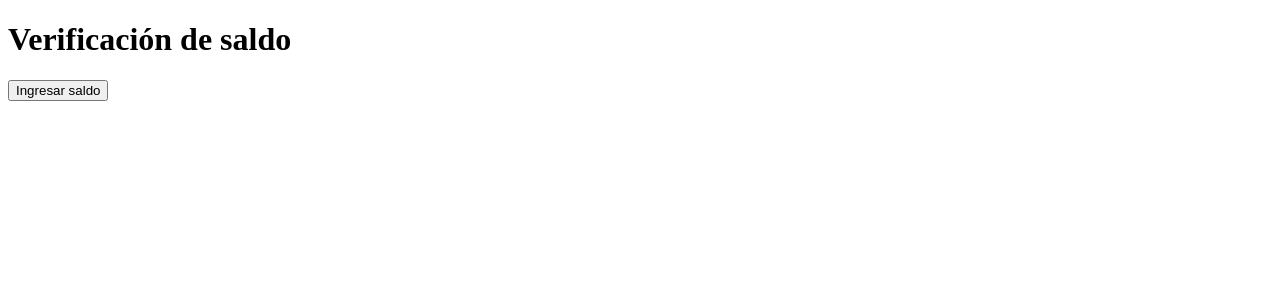
Repository: rlhardrock/SENATallerAlgoritmos01
Page: alg01.html
The author's editor kept a copy of each file at every save. The page is drawn from the files as they stood at one save, then again after a run of saves.
The browser window is 1280 px wide. The pictures show the whole page.

Above is the page before, as saved 2025-04-23 17:40:02.

### alg01.html
<!DOCTYPE html>
<html lang="es">
<head>
  <meta charset="UTF-8">
  <title>Algoritmo 01</title>
</head>
<body>

  <h1>Verificación de saldo</h1>
  <button onclick="saldoMegabus()">Ingresar saldo</button>


  <script>
    function saldoMegabus() {
      const saldo = parseFloat(prompt("Ingrese el saldo de la tarjeta:"));
      const valorPasaje = 1700;
      const pasajesDisponibles = Math.floor(saldo / valorPasaje);

      if (isNaN(saldo)) {
          alert(`Pasajes disponibles: ${pasajesDisponibles}`);
        if (pasajesDisponibles < 2) {
          alert("Recargar tu tarjeta. Tienes menos de 2 pasajes.");
        }
      } else {
        alert("Saldo no válido.");
      }
    }
  </script>


</body>
</html>

After the next 2 saves:
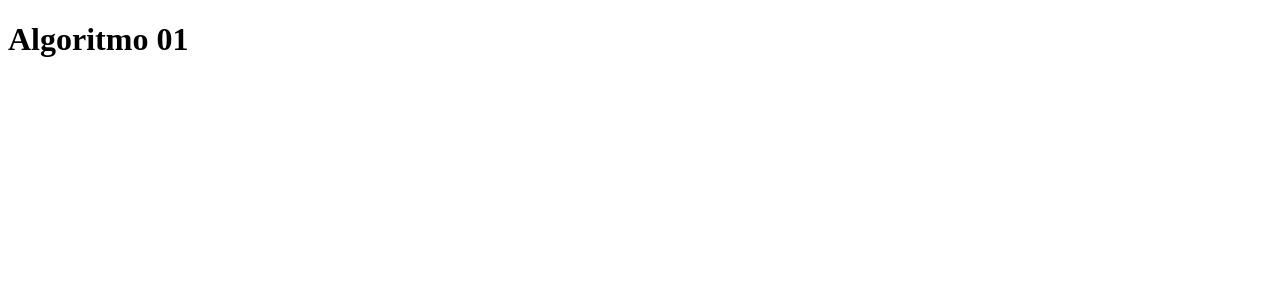
The 2 saves are shown as one change because they came seconds apart.
The last was saved 13 min 24 s later.
--- a/alg01.html
+++ b/alg01.html
@@ -5,27 +5,7 @@
   <title>Algoritmo 01</title>
 </head>
 <body>
-
-  <h1>Verificación de saldo</h1>
-  <button onclick="saldoMegabus()">Ingresar saldo</button>
-
-
-  <script>
-    function saldoMegabus() {
-      const saldo = parseFloat(prompt("Ingrese el saldo de la tarjeta:"));
-      const valorPasaje = 1700;
-      const pasajesDisponibles = Math.floor(saldo / valorPasaje);
-
-      if (isNaN(saldo)) {
-          alert(`Pasajes disponibles: ${pasajesDisponibles}`);
-        if (pasajesDisponibles < 2) {
-          alert("Recargar tu tarjeta. Tienes menos de 2 pasajes.");
-        }
-      } else {
-        alert("Saldo no válido.");
-      }
-    }
-  </script>
+  <h1>Algoritmo 01</h1>
 
 
 </body>
